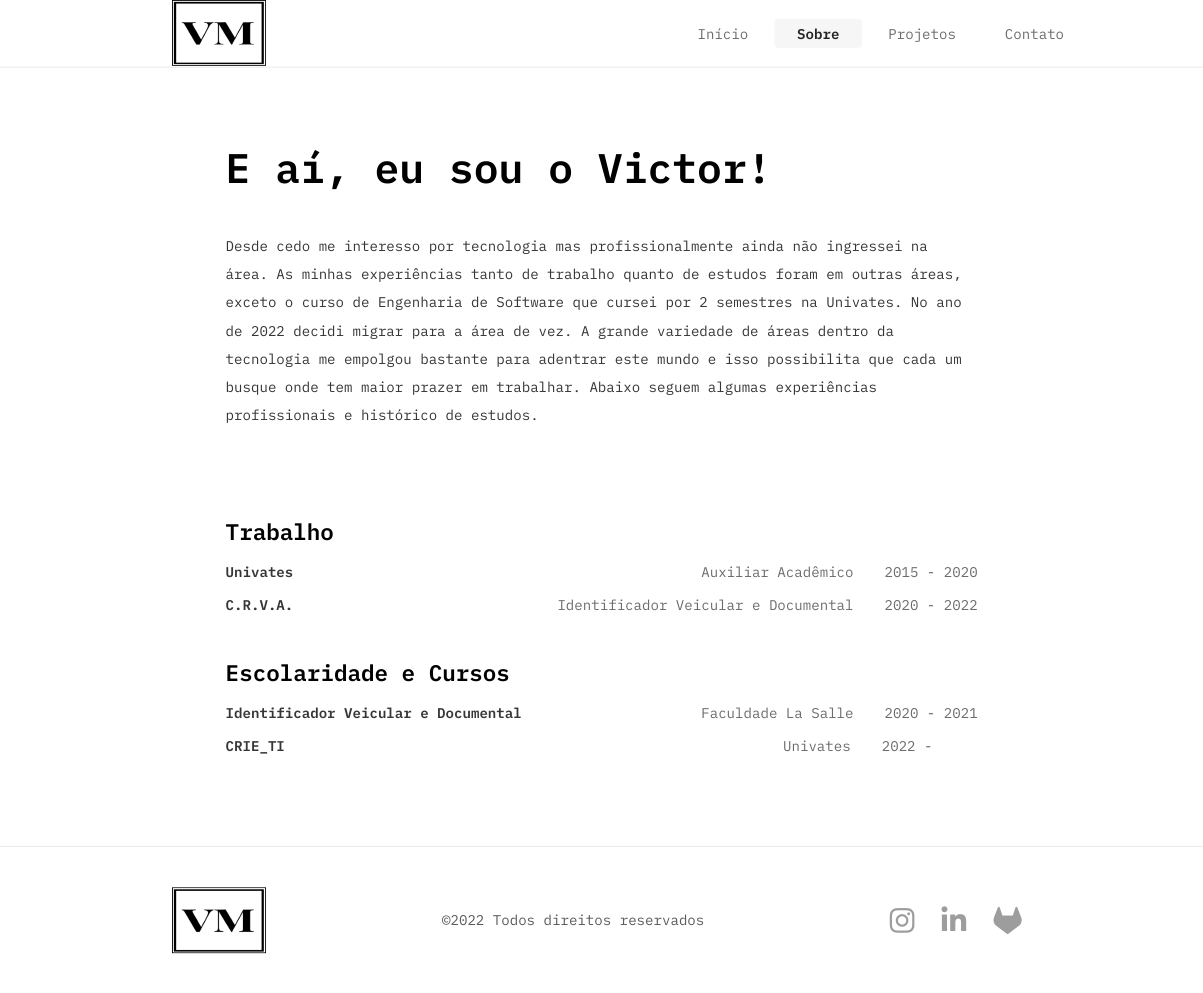
Repository: viictormatias/viictormatias.github.io
Page: about.html
These files come from the project's save history. The page is drawn as it stood at one moment and after the next save; the edit follows.
The browser window is 1280 px wide. The pictures show the whole page, at 94% of full size.
Some web libraries are served in a nearby version.

Above is the page before, as saved 2023-01-23 09:44:01.

### about.html
<!DOCTYPE html>
<html lang="pt-br">
<head>
    <meta charset="UTF-8">
    <meta http-equiv="X-UA-Compatible" content="IE=edge">
    <meta name="viewport" content="width=device-width, initial-scale=1.0">
    <title>Portfólio</title>
    <link rel="stylesheet" href="styles/base/reset.css">
    <link rel="stylesheet" href="styles/base/base.css">
    <link rel="stylesheet" href="styles/base/variables.css">
    <link rel="stylesheet" href="styles/layout/header.css">
    <link rel="stylesheet" href="styles/layout/footer.css">
    <link rel="stylesheet" href="styles/components/about.css">
    <link rel="stylesheet" href="styles/components/button.css">
    <link rel="stylesheet" href="styles/components/projects.css">

    <link rel="preconnect" href="https://fonts.googleapis.com">
    <link rel="preconnect" href="https://fonts.gstatic.com" crossorigin>
    <link href="https://fonts.googleapis.com/css2?family=IBM+Plex+Mono:wght@400;600&display=swap" rel="stylesheet">
    <script src="https://kit.fontawesome.com/d41cb6b5bb.js" crossorigin="anonymous"></script>
</head>
<body>
    <header class="header">
        <label class="header__toggle" for="hamburger">
            <i class="fa-solid fa-bars"></i>
        </label>
          <input id="hamburger" class="header__check" type="checkbox">
          <a href="./index.html">
            <img class="logo" src="./images/VM.png">
        </a>
        <nav class="header__menu">
            <a href="./index.html" class="header__menu__item">
                <span class="header__menu__item__text">Início</span>
            </a>
            <a href="./about.html" class="header__menu__item header__menu__item--active">
                <span class="header__menu__item__text">Sobre</span>
            </a>
            <a href="./projects.html" class="header__menu__item">
                <span class="header__menu__item__text">Projetos</span>
            </a>
            <a href="./contact.html" class="header__menu__item">
                <span class="header__menu__item__text">Contato</span>
            </a>
        </nav>
    </header>

    <section class="about__page">
        <h1 class="about__title">E aí, eu sou o Victor!</h1>
        <p class="about__text">Desde cedo me interesso por tecnologia mas profissionalmente ainda não ingressei na área. As minhas experiências tanto de trabalho quanto de estudos foram em outras áreas, exceto o curso de Engenharia de Software que cursei por 2 semestres na Univates. No ano de 2022 decidi migrar para a área de vez. A grande variedade de áreas dentro da tecnologia me empolgou bastante para adentrar este mundo e isso possibilita que cada um busque onde tem maior prazer em trabalhar. Abaixo seguem algumas experiências profissionais e histórico de estudos.</p>
    </section>

    <section class="footer__about">
        <div class="container__footer">
            <img class="logo__footer" src="./images/VM.png">
            <p class="copy__text">©2022 Todos direitos reservados</p>
            <div class="socialmedia__footer">
                <a class="icons" href="https://www.instagram.com/viictormatias/" target="_blank">
                    <i class="fa-brands fa-instagram fa-2x"></i>
                </a>
                <a class="icons" href="https://www.linkedin.com/in/viictormatias/" target="_blank">
                    <i class="fa-brands fa-linkedin-in fa-2x"></i>
                </a>
                <a class="icons" href="https://gitlab.com/vmatiasdev" target="_blank">
                    <i class="fa-brands fa-gitlab fa-2x"></i>
                </a>
            </div>
        </div>
    </section>

    <section class="works">
        <h2 class="projects__title">Trabalho</h2>
        <div class="jobs">
            <span class="company">Univates</span>
            <span class="position">Auxiliar Acadêmico &emsp; 2015 - 2020</span>
        </div>
        <div class="jobs">
            <span class="company">C.R.V.A.</span>
            <span class="position">Identificador Veicular e Documental  &emsp; 2020 - 2022</span>
        </div>
    </section>

    <section class="studies">
        <h2 class="projects__title">Escolaridade e Cursos</h2>
        <div class="jobs">
            <span class="company">Identificador Veicular e Documental</span>
            <span class="position">Faculdade La Salle &emsp; 2020 - 2021</span>
        </div>
        <div class="jobs">
            <span class="company">CRIE_TI</span>
            <span class="position">Univates  &emsp; 2022 - &emsp;&emsp;&nbsp;</span>
        </div>
    </section>
</body>
</html>

### styles/base/base.css
body {
    font-family: var(--font-family-primary);
    font-size: 15px;
    background-color: var(--color-white);
    display: flex;
    justify-content: center;
}

* {
    box-sizing: border-box;
  }

### styles/base/variables.css
:root {
    --color-pink: #EA4C89;
    --color-purple: #8F48EB;
    --color-blue: #1DA1F2;
    --color-yellow: #E39600;
    --color-black: #111111;
    --color-light-black: #242424;
    --color-darken-gray: #363636;
    --color-gray: #5B5B5B;
    --color-light-gray: #6C6C6C;
    --color-lighter-gray: #9D9D9D;
    --color-dark-white: #D9D9D9;
    --color-light-white: #EAEAEA;
    --color-medium-white: #F6F6F6;
    --color-white: #FFFFFF;

    --font-family-ibm: 'IBM Plex Mono';
    --font-size-default: 15px;

    --font-family-primary: var(--font-family-ibm);
}

### styles/layout/header.css
.header {
    height: 72px;
    width: 100%;
    display: flex;
    align-items: center;
    border-bottom: 1px solid var(--color-light-white);
    position: absolute;
}
.header__toggle,
.header__check {
  display: none;
}
.header__menu {
    display: flex;
    flex-direction: row;
    justify-content: center;
    align-items: center;
    padding: 8px 24px;
    gap: 4px;
    margin-left: auto;
    margin-right: 100px;
}
.header__menu__item {
    color: var(--color-light-gray);
    text-decoration: none;
    padding: 8px 24px;
}
.header__menu__item--active {
    color: var(--color-light-black);
    background-color: var(--color-medium-white);
    border-radius: 4px;
    font-weight: 600;
}
.logo {
    height: 70px;
    width: 100px;
    border: 1px solid #000000;
    margin-left: 183px;
    text-align: center;
}
nav a:hover {
    background: var(--color-medium-white);
}

@media only screen and (max-width:480px) {
    .header {
        height: 100px;
        width: 100%;
        display: flex;
        align-items: center;
        border-bottom: 1px solid var(--color-light-white);
        position: absolute;
    }
    .logo {
        height: 70px;
        width: 100px;
        border: 1px solid #000000;
        text-align: center;
        margin-left: 55%;
    }

    .header__menu {
        display: block;
        position: fixed;
        height: 230px;
        top: 80px;
        left: 0;
        right: 0;
        bottom: 0;
        background-color: var(--color-light-white);
        transform: translateX(-100%);
        transition: transform 0.25s ease;
        z-index: 9;
      }
      .header__menu__item {
        display: block;
        margin: 20px 0;
      }
      .header__toggle {
        display: block;
        margin-left: 40px;
      }
      .header__check:checked ~ .header__menu {
        transform: translateX(0);
      }
    }

### styles/layout/footer.css
.footer {
  margin-top: 2100px;
  width: 100%;
}
.container__footer {
    display: flex;
    justify-content: space-between;
    width: 100%;
    height: 156px;
    position: absolute;
    align-items: center;
    border-top: 1px solid var(--color-light-white);
}
.logo__footer {
    height: 70px;
    width: 100px;
    border: 1px solid #000000;
    text-align: center;
    margin-left: 183px;
}
.socialmedia__footer {
    margin-right: 183px;
}
.copy__text {
    color: var(--color-gray);
    align-items: center;
    text-align: center;
}
.footer__about {
    margin-top: 900px;
    width: 100%;
  }
  .footer__projects {
    margin-top: 1650px;
    width: 100%;
  }
  .footer__contacts {
    margin-top: 1000px;
    width: 100%;
    position: absolute;
  }

  @media only screen and (max-width:480px) {
  .footer {
     margin-top: 2100px;
     width: 100%;
  }
  .container__footer {
    display: flex;
    justify-content: space-between;
    width: 100%;
    height: 156px;
    position: absolute;
    align-items: center;
    border-top: 1px solid var(--color-light-white);
  }
  .logo__footer {
    height: 40px;
    width: 70px;
    border: 1px solid #000000;
    text-align: center;
    margin-left: 0;
  }
  .socialmedia__footer {
    margin-right: 0;
    display: flex;
  }
  .footer__about {
    margin-top: 1300px;
    width: 100%;
  }
  .footer__contacts {
    margin-top: 1100px;
  }
  .footer__projects {
    margin-top: 1450px;
    width: 100%;
  }
  }

### styles/components/about.css
.about {
    position: absolute;
    width: 1000px;
    margin-top: 150px ;
}
.about__title {
    width: 800px;
    text-align: center;
    line-height: 57px;
    font-size: 44px;
    font-style: normal;
    font-weight: 600;
    display: flex;
    align-items:center;
    margin-bottom: 40px;
    margin-left: auto;
    margin-right: auto;
}
.picture {
    border-radius: 8px;
    filter: grayscale(1);
}
.about__text {
    width: 800px;
    margin-left: auto;
    margin-right: auto;
    margin-top: 20px;
    margin-bottom:40px ;
    color: var(--color-darken-gray);
    line-height: 30px;
}
.pic__desc {
    font-style: italic;
    color: var(--color-light-gray);
    text-align: center;
    margin-top: 5px;
}
.icons {
    text-decoration: none;
    color: var(--color-lighter-gray);
    margin: 10px
}
.socialmedia {
    margin-left: 90px;
    margin-right: 20px;
}
.container {
    display: flex;
    flex-direction: row;
    justify-content: flex-start;
}
.about__page {
    position: absolute;
    width: 800px;
    margin-top: 150px ;
}
.works {
    position: absolute;
    width: 800px;
    margin-top: 550px ;
}
.studies {
    position: absolute;
    width: 800px;
    margin-top: 700px ;
}
.jobs {
    display: flex;
    justify-content: space-between;
    margin-top: 20px;
}
.company {
    color: var(--color-darken-gray);
    font-weight: 600;
}
.position {
    color: var(--color-light-gray);
    font-weight: 400;
}

@media only screen and (max-width:480px) {
    .about {
        position: absolute;
        width: 100%;
        margin-top: 150px ;
    }
    .about__title {
        width: 100%;
        text-align: center;
        line-height: 57px;
        font-size: 44px;
        font-style: normal;
        font-weight: 600;
        display: flex;
        align-items:center;
        margin-bottom: 40px;
        margin-left: auto;
        margin-right: auto;
    }
    .picture {
        border-radius: 8px;
        filter: grayscale(1);
        width: 100%;
    }
    .socialmedia {
        margin-left: 0px;
        margin-right: 0px;
    }
    .container {
        display: flex;
        flex-direction: row;
        justify-content: center;
    }
    .about__page {
        position: absolute;
        width: 100%;
        margin-top: 150px ;
    }
    .about__text {
        width: 95%;
        margin-left: auto;
        margin-right: auto;
        margin-top: 20px;
        margin-bottom:40px ;
        color: var(--color-darken-gray);
        line-height: 30px;
    }
    .works {
        position: absolute;
        width: 95%;
        margin-top: 900px ;
    }
    .studies {
        position: absolute;
        width: 95%;
        margin-top: 1100px ;
    }
    .company {
        width: 100%;
        color: var(--color-darken-gray);
        font-weight: 600;
    }
   .jobs {
       display: inline-block;
   }
}

### styles/components/button.css
.button {
    background: #FAFAFA;
    border: 1px solid var(--color-light-white);
    border-radius: 20px;
    font-family: var(--font-family-primary);
    font-weight: 600;
    font-size: var(--font-size-default);
    flex: none;
    cursor: pointer;
    justify-content: center;
    align-items: center;
    padding: 10px 15px;
    gap: 10px;
}

### styles/components/projects.css
.projects {
    position: absolute;
    width: 800px;
    height: 470px;
    margin-top: 1350px;
}
.projects__title {
    font-size: 24px;
    font-weight: 600;
    line-height: 31.2px;
    margin-bottom: 20px;
}
.project__text {
    font-size: 18px;
    line-height: 23.4px;
}
.container__project {
    background: #FAFAFA;
    border: 1px solid #EAEAEA;
    border-radius: 8px;
    width: 800px;
    padding: 30px 30px;
    margin-top: 20px;
}
.projects__example {
    font-size: 18px;
    font-weight: 600;
    line-height: 23px;
}
.prod__text {
    margin-left: auto;
    margin-right: auto;
    margin-top: 20px;
    margin-bottom:40px ;
    color: var(--color-darken-gray);
    line-height: 30px;
}
.logo__pet {
    margin-top: 15px;
    margin-left: -5px;
    margin-bottom: -5px;
}
.logo__crieflix {
    margin-top: 15px;
    margin-bottom: 5px;
}
.projects__h1 {
    width: 800px;
    height: 57px;
    text-align: center;
    line-height: 57px;
    font-size: 44px;
    font-style: normal;
    font-weight: 600;
    display: flex;
    align-items:center;
    margin-bottom: 40px;
    margin-left: auto;
    margin-right: auto;
}
.projects__page {
    position: absolute;
    width: 800px;
    margin-top: 150px;
}
.projects__text {
    width: 800px;
    margin-left: auto;
    margin-right: auto;
    margin-top: 20px;
    margin-bottom:40px ;
    color: var(--color-darken-gray);
    line-height: 30px;
    font-weight: 400;
}
.picture__project {
    border-radius: 8px;
    width: 1000px;
    height: 380px;
    object-fit: cover;
    object-position: top;
}
.project__description {
    width: 800px;
    margin-left: auto;
    margin-right: auto;
    margin-top: 20px;
    color: var(--color-darken-gray);
    line-height: 30px;
}
.project__desc__container {
   position: absolute;
   margin-top: -40px;
}
.projects__title__1 {
    font-size: 24px;
    font-weight: 600;
    line-height: 31.2px;
}
.project__example {
    display: flex;
    justify-content: center;
    height: 465px;
}
.project__example__2 {
    display:flex;
    justify-content: center;
    height: 465px;
    margin-top: 200px;
}
.project__desc__container__1 {
    position: absolute;
    margin-top: -40px;
}
.projects__links {
    text-decoration: none;
}
.projects__links:visited {
    color: var(--color-black);
}

@media only screen and (max-width:480px) {
    .projects {
        position: absolute;
        width: 90%;
        height: 470px;
        margin-top: 1200px;
    }
    .projects__title {
        text-align: center;
    }
    .container__project {
        background: #FAFAFA;
        border: 1px solid #EAEAEA;
        border-radius: 8px;
        width: 100%;
        padding: 30px 30px;
        margin-top: 20px;
    }
    .projects__text {
        width: 95%;
    }
    .projects__page {
        width: 100%;
    }
    .projects__h1 {
        width: 100%;
        justify-content: center;
    }
    .picture__project {
        width: 100%;
        height: 180px;
    }
    .project__description {
        width: 95%;
        object-fit: cover;
        object-position: top;
    }
    .project__example {
        display: flex;
        justify-content: center;
        height: 250px;
        width: 100%;
    }
    .project__example__2 {
        display:flex;
        justify-content: center;
        height: 250px;
        margin-top: 300px;
        width: 100%;
    }
    .project__desc__container__1 {
        position: absolute;
        margin-top: -40px;
        margin-bottom: -100px;
    }
}

Loaded but not shown: styles/base/reset.css (common file)

After the next save:
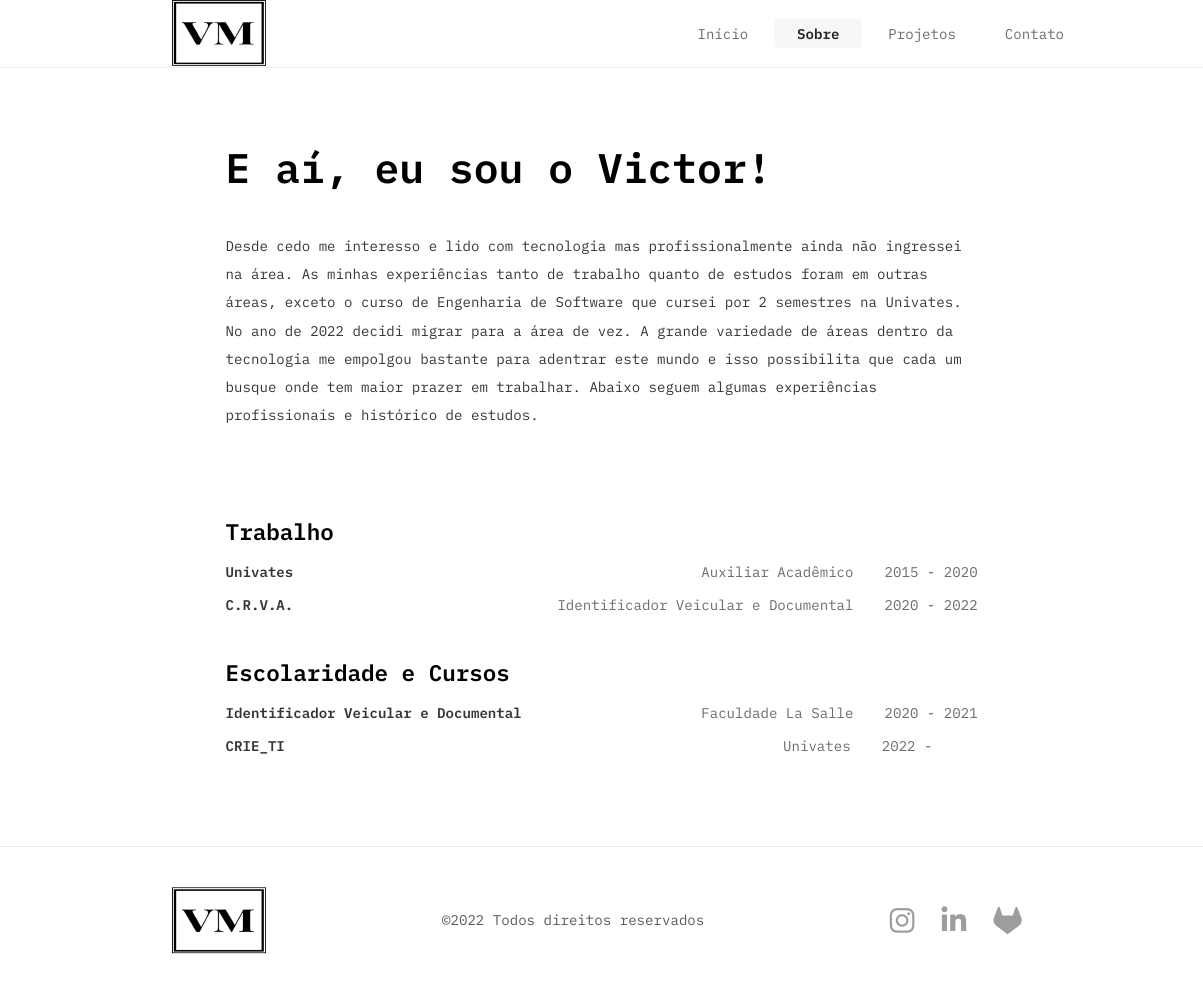
Saved 15 s later.
--- a/about.html
+++ b/about.html
@@ -46,7 +46,7 @@
 
     <section class="about__page">
         <h1 class="about__title">E aí, eu sou o Victor!</h1>
-        <p class="about__text">Desde cedo me interesso por tecnologia mas profissionalmente ainda não ingressei na área. As minhas experiências tanto de trabalho quanto de estudos foram em outras áreas, exceto o curso de Engenharia de Software que cursei por 2 semestres na Univates. No ano de 2022 decidi migrar para a área de vez. A grande variedade de áreas dentro da tecnologia me empolgou bastante para adentrar este mundo e isso possibilita que cada um busque onde tem maior prazer em trabalhar. Abaixo seguem algumas experiências profissionais e histórico de estudos.</p>
+        <p class="about__text">Desde cedo me interesso e lido com tecnologia mas profissionalmente ainda não ingressei na área. As minhas experiências tanto de trabalho quanto de estudos foram em outras áreas, exceto o curso de Engenharia de Software que cursei por 2 semestres na Univates. No ano de 2022 decidi migrar para a área de vez. A grande variedade de áreas dentro da tecnologia me empolgou bastante para adentrar este mundo e isso possibilita que cada um busque onde tem maior prazer em trabalhar. Abaixo seguem algumas experiências profissionais e histórico de estudos.</p>
     </section>
 
     <section class="footer__about">
